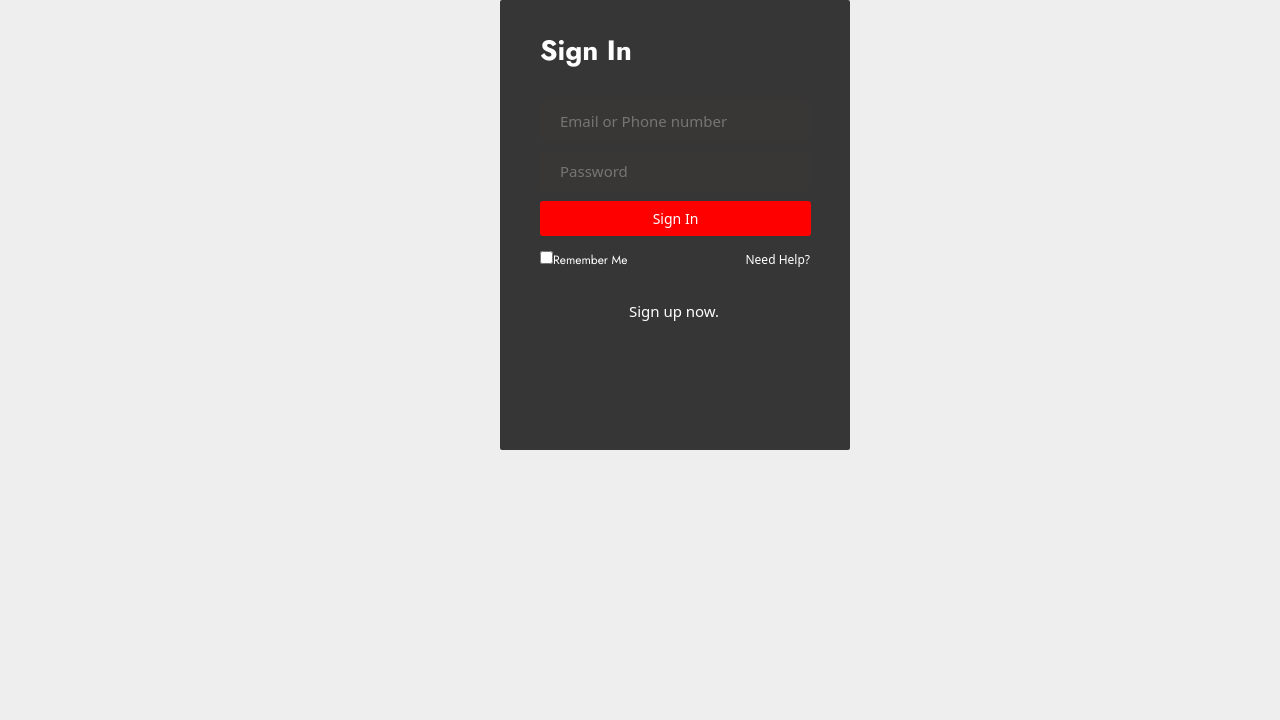
Repository: isaacCodes1/Kumo-Website.
Page: Form2.html
These files come from the project's save history. The page is drawn as it stood at one moment and after a run of saves; the edit follows.
The browser window is 1280 px wide. The pictures show the whole page.

Above is the page before, as saved 2024-03-26 11:47:07.

### Form2.html
<!DOCTYPE html>
<html lang="en">
  <head>
    <meta charset="UTF-8" />
    <meta name="viewport" content="width=device-width, initial-scale=1.0" />
    <link rel="stylesheet" href="Mediaquery.css" />
    <link rel="stylesheet" href="style.css" />
    <link
      href="https://fonts.googleapis.com/css2?family=Bricolage+Grotesque:opsz,wght@12..96,200..800&family=Jost:ital,wght@0,100..900;1,100..900&family=Montserrat:ital,wght@0,100..900;1,100..900&family=Poppins:ital,wght@0,100;0,200;0,300;0,400;0,500;0,600;0,700;0,800;0,900;1,100;1,200;1,300;1,400;1,500;1,600;1,700;1,800;1,900&display=swap"
      rel="stylesheet"
    />
    <title>Document</title>
  </head>
  <body>
    <div class="wrapper">
      <form></form>
      <h1>Sign In</h1>
      <div class="input-box">
        <input type="text" placeholder="Email or Phone number" required />
      </div>
      <div class="input-box">
        <input type="password" placeholder="Password" required />
      </div>
      <div class="btn"><button>Sign In</button></div>
      <div class="remember-forgot">
        <label><input class="chck" type="checkbox" />Remember Me</label>
        <a href="#">Need Help?</a>
      </div>
      <p class="pro1">Sign up now.</p>
    </div>
  </body>
</html>

### Mediaquery.css
@media (890px) {
  header {
    padding: 20px 3%;
    transition: 0.4s;
  }
  .center-text h2 {
    font-size: 12px;
  }
}
@media (max-width: 630px) {
  .main-text h1 {
    font-size: 50px;
    transition: 0.4s;
  }
  .main-text p {
    font-size: 18px;
    transition: 0.4s;
  }
  .main-btn {
    padding: 10px 20px;
    transition: 0.4s;
  }
  .center-text h2 {
    font-size: 12px;
  }
}
@media (max-width: 750px) {
  .navmenu {
    position: absolute;
    top: 100%;
    right: -100%;
    width: 300px;
    height: 130vh;
    background: #edfff1;
    display: flex;
    flex-direction: column;
    align-items: center;
    padding: 120px 30px;
    transition: all 0.42s;
  }
  .navmenu a {
    display: block;
    margin: 18px 0;
  }
  .navmenu.open {
    right: 0;
  }
  .center-text h2 {
    font-size: 12px;
  }
}
@media (max-width: 700px) {
  .center-text h2 {
    font-size: 0;
  }
  .header {
    margin-bottom: 20px;
    color: #000;
  }
  .cart {
    align-items: center;
    display: flex;
    flex-direction: column;
  }
  .cart img {
    width: 270px;
    margin-right: 80px;
  }
  .cart p {
    font-size: 10px;
    margin-right: 80px;
  }
  .cart h4 {
    font-size: 12px;
    margin-right: 80px;
  }
  .cart h6 {
    font-size: 10px;
    margin-right: 80px;
  }
  .contact-info {
    display: flex;
    flex-direction: column;
    align-items: center;
  }
  .center-text1 h2 {
    font-size: 25px;
  }
  .navmenu {
    padding-bottom: 30px;
  }
}

### style.css
* {
  margin: 0;
  padding: 0;
  box-sizing: border-box;
  scroll-behavior: smooth;
  font-family: "Jost", sans-serif;
  list-style-type: none;
  text-decoration: none;
}
header {
  position: fixed;
  width: 100%;
  top: 0;
  right: 0;
  z-index: 1000;
  display: flex;
  align-items: center;
  justify-content: space-between;
  padding: 20px 10%;
}
.logo img {
  max-width: 120px;
  height: auto;
}
.navmenu {
  display: flex;
}
.navmenu li :hover {
  background: #000;
}
.navmenu a {
  color: #2c2c2c;
  font-size: 16px;
  text-transform: capitalize;
  padding: 10px 20px;
  font-weight: 400;
  transition: all 0.42s ease;
}
.navmenu a:hover {
  color: #ee1c47;
}
.nav-icon {
  display: flex;
  align-items: center;
}
.nav-icon i {
  margin-right: 20px;
  color: #2c2c2c;
  font-size: 25px;
  font-weight: 400;
  transition: all 0.42s ease;
}
.nav-icon i:hover {
  transform: scale(1.05);
  color: #ee1c47;
}
#menu-icon {
  font-size: 35px;
  color: #2c2c2c;
  z-index: 10001;
  cursor: pointer;
}
section {
  padding: 5% 10%;
}
.main-home {
  width: 100%;
  height: 100vh;
  background-image: url(Assets/banner-3.png);
  background-position: center;
  background-size: cover;
  display: grid;
  grid-template-columns: repeat(1, 1fr);
  align-items: center;
}
.main-text h5 {
  color: #ee1c47;
  font-size: 16px;

  text-transform: capitalize;
  font-weight: 500;
}
.main-text h1 {
  color: #000;
  font-size: 65px;
  text-transform: capitalize;
  line-height: 1.1;
  font-weight: 600;
  margin: 6px 0 10px;
}
.main-text p {
  color: #333c56;
  font-size: 20px;
  font-style: italic;
  margin-bottom: 20px;
}
.main-btn {
  display: inline-block;
  color: #111;
  font-size: 16px;
  font-weight: 500;
  text-transform: capitalize;
  border: 2px solid#111;
  padding: 12px 25px;
  transition: all 0.42s ease;
}
.main-btn:hover {
  background: #000;
  color: #fff;
}
.main-btn i {
  vertical-align: middle;
}
.down-arrow {
  position: absolute;
  top: 85%;
  right: 11%;
}
.down i {
  font-size: 30px;
  color: #2c2c2c;
  border: 2px solid #2c2c2c;
  border-radius: 50px;
  padding: 12px 12px;
}
.down i:hover {
  background: #2c2c2c;
  color: #fff;
  transition: all 0.42s ease;
}
header.sticky {
  background: #fff;
  padding: 20px 10%;
  box-shadow: 0px 0px 10px rgb(0 0 0 /10%);
}
/* trending-section-css */
.center-text h2 {
  color: #111;
  font-size: 28px;
  text-transform: capitalize;
  text-align: center;
  margin-bottom: 30px;
}
.center-text span {
  color: #ee1c47;
}
.products {
  display: grid;
  grid-template-columns: repeat(auto-fit, minmax(260px, auto));
  gap: 2rem;
}
.row {
  position: relative;
  transition: all 0.4s;
}
.row img {
  width: 100%;
  height: auto;
  transition: all 0.4s;
}
.row img:hover {
  transform: scale(0.9);
}
.product-text h5 {
  position: absolute;
  top: 13px;
  left: 13px;
  color: #fff;
  font-size: 12px;
  font-weight: 500;
  text-transform: capitalize;
  background: #27b737;
  padding: 3px 10px;
  border-radius: 2px;
}
.heart-icon {
  position: absolute;
  right: 0;
  font-size: 20px;
}
.heart-icon:hover {
  color: #ee1c47;
}
.ratting {
  color: #ff8c00;
  font-size: 18px;
}

.price h4 {
  color: #111;
  font-size: 16px;
  text-transform: capitalize;
  font-weight: 400;
}
.price p {
  color: #151515;
  font-size: 14px;
  font-weight: 600;
}
.client-reviews {
  background: #f3f4f6;
}
.reviews {
  text-align: center;
}
.reviews h3 {
  color: #111;
  font-size: 25px;
  text-transform: capitalize;
  text-align: center;
  font-weight: 700;
}
.reviews img {
  width: 100px;
  height: auto;
  border-radius: 80px;
  margin: 10px 0;
}
.reviews p {
  color: #707070;
  font-size: 16px;
  font-weight: 400;
  line-height: 25px;
  margin-bottom: 10px;
}
.reviews h2 {
  font-size: 22px;
  color: #000;
  font-weight: 400;
  text-transform: capitalize;
  margin-bottom: 2px;
}
/* update-section-css */
.up-center-text h2 {
  text-align: center;
  color: #111;
  font-size: 25px;
  text-transform: capitalize;
  font-weight: 700;
  margin-bottom: 30px;
}
.cart img {
  width: 350px;
  height: auto;
  border-radius: 5px;
}
.update-cart {
  display: grid;
  grid-template-columns: repeat(auto-fit, minmax(380px, auto));
  gap: 1px;
}
.cart h5 {
  color: #636872;
  font-size: 14px;
  text-transform: capitalize;
  font-weight: 500;
}
.cart h4 {
  color: #111;
  font-size: 18px;
  font-weight: 600;
}
.cart p {
  color: #707070;
  font-size: 15px;
  max-width: 380px;
  line-height: 25px;
  margin-bottom: 12px;
}
.cart h6 {
  color: #151515;
  font-size: 14px;
  font-weight: 500;
}
/* contact-section */
.contact {
  background: #dbdbdb;
}
.contact-info {
  display: grid;
  grid-template-columns: repeat(auto-fit, minmax(160px, auto));
  gap: 3rem;
}
.first-info img {
  width: 140px;
  height: auto;
}
.contact-info h4 {
  color: #212529;
  font-size: 14px;
  text-transform: uppercase;
  margin-bottom: 10px;
}
.contact-info p {
  color: #565656;
  font-size: 14px;
  font-weight: 400;
  text-transform: capitalize;
  line-height: 1.5;
  margin-bottom: 10px;
  cursor: pointer;
  transition: all 0.42s;
}
.contact-info p:hover {
  color: #ee1c47;
}
.social-icon i {
  color: #565656;
  margin-right: 10px;
  font-size: 20px;
  transition: all 0.42s;
}
.social-icon i:hover {
  transform: scale(1.3);
}
.end-text {
  text-align: center;
  background: #edfff1;
  padding: 20px;
}
.end-text p {
  color: #111;
  text-transform: capitalize;
}

.location {
  width: 80%;
  margin: auto;
  padding: 80px 0;
}
.location iframe {
  width: 100%;
}
.center-text1 h2 {
  font-size: 30px;
}
.center-text1 span {
  color: #ee1c47;
}
.button3 {
  padding: 9px;
  border: 1px solid blue;
  font-size: 18px;
  border-radius: 5px;
  text-decoration: none;
  background: blue;
  color: #fff;
  transition: all 0.42s ease;
}
.button3:hover {
  color: #000;
  background: #fff;
}
.final {
  margin-left: 67px;
  font-weight: 700;
}
.final span {
  color: #ee1c47;
}
.up-arrow {
  border: 2px solid#000;
  width: 60px;
  border-radius: 50px;
  text-align: center;
  font-size: 30px;
}
.up-arrow i {
  color: #000;
}
.up-arrow :hover {
  background: #000;
  color: #fff;
}

.alert {
  background: blue;
  color: #fff;
  margin-top: 200px;
  font-size: 20px;
  margin-bottom: 150px;
}
.first-info a {
  text-decoration: none;
}
.up-center-text span {
  color: #ee1c47;
}
html,
body {
  position: relative;
  height: 100%;
}
body {
  background: #eee;
  font-family: Helvetica Neue, Helvetica, Arial, sans-serif;
  font-size: 14px;
  color: #000;
  margin: 0;
  padding: 0;
}

swiper-container {
  width: 100%;
  height: 100%;
}

swiper-slide {
  text-align: center;
  font-size: 18px;
  background: #000;
  display: flex;
  justify-content: center;
  align-items: center;
}

swiper-slide img {
  display: block;
  width: 100%;
  height: 100%;
  object-fit: cover;
}
.reviews {
  font-size: 25px;
  font-weight: 900;
}
.reviews span {
  color: #ee1c47;
}
.accordion {
  margin-top: 40px;
  margin-bottom: 10px;
}
.male {
  padding-top: 200px;
}
.male span {
  color: #ee1c47;
}
.yes {
  margin-right: 10px;
  padding: 10px;
  background: #000;
  color: #fff;
  border: 1px;
  transition: 1s ease-in-out;
  border-radius: 7px;
  text-decoration: none;
}
.yes:hover {
  color: #000;
  background: #dbdbdb;
}
.formContainer {
  display: flex;
  width: 50%;
  border: 0px solid;
  border-radius: 10px;
  background-color: rgba(232, 231, 231, 0.644);
  height: 400px;
  padding-right: 200px;
}
.form {
  display: flex;
  flex-direction: column;
  align-items: center;
  flex: 0.5;
}
.contentText {
  display: flex;
  flex-direction: column;
  align-items: center;
  flex: 1;
  gap: 20px;
  background-color: #ee1c47;
  color: #000;
  border-radius: 130px 15px 15px 70px;
  font-family: montserrat;
  padding-left: 80px;
  padding-right: 150px;
  padding-top: 90px;
}
.pro1 {
  margin-right: 32px;
  font-family: montserrat;
}
p {
  font-family: montserrat;
  margin-bottom: 15px;
  margin-left: 30px;

  display: flex;
  flex-direction: column;
}
.proi {
  padding: 5px;
  background-color: #dedede;
  color: black;
  border: 1px;
  font-family: montserrat;
  margin-bottom: 8px;
  width: 290px;
  margin-left: 20px;
  outline: none;
}
.proh {
  padding: 5px;
  background-color: #dedede;
  color: black;
  border: 1px;
  font-family: montserrat;
  width: 290px;
  margin-left: 20px;
  margin-bottom: 10px;
  outline: none;
}
.pro7 {
  font-family: montserrat;
}
.pro2 {
  background: #000;
  border-width: 1.5px;
  border-radius: 8px;
  border-color: #000;
  color: #fff;
  padding: 5px 25px 5px 25px;
  transition: 1s ease-in-out;
  text-decoration: none;
}
.pro2:hover {
  transition: 0.15s;
  background-color: #dbdbdb;
  color: #000;
  cursor: pointer;
}

.pro3 {
  font-family: montserrat;
  padding-top: 35px;
}
.forget {
  text-decoration: none;
  color: black;
  font-family: montserrat;
  margin-bottom: 5px;
}
.sign {
  background-color: #ee1c47;
  border-width: 1px;
  border-radius: 5px;
  border-color: white;
  color: white;
  padding: 5px 35px 5px 35px;
  margin-top: 15px;
  transition: 1s ease-in-out;
  cursor: pointer;
}
.sign:hover {
  color: #fff;
  background-color: #000;
}
.contentText .hello {
  font-size: 40px;
  display: flex;
  align-items: center;
  justify-content: center;
  flex-direction: column;
}
.contentText p {
  text-align: center;
}
.wrapper {
  width: 350px;
  background: #080808cb;
  color: #fff;
  border-radius: 2px;
  padding: 30px 40px;
  height: 450px;
  box-shadow: 0 0 1px;
  margin-left: 500px;
}

.wrapper .input-box {
  position: relative;
  width: 100%;
  height: 20px;
  margin: 30px 0;
}
.wrapper h1 {
  font-size: 28px;
}
.input-box input {
  width: 100%;
  height: 100%;
  background: #3c363685;
  border: none;
  outline: none;
  border: 1px;
  border-radius: 4px;
  font-size: 16px;
  padding: 20px 45px 20px 20px;
}
.wrapper .remember-forgot {
  display: flex;
  justify-content: space-between;
  font-size: 14.5px;
  margin: 15px 0 15px;
  font-family: system-ui, -apple-system, BlinkMacSystemFont, "Segoe UI", Roboto,
    Oxygen, Ubuntu, Cantarell, "Open Sans", "Helvetica Neue", sans-serif;
  font-size: 12px;
}
.wrapper .remember-forgot a {
  text-decoration: none;
  font-family: system-ui, -apple-system, BlinkMacSystemFont, "Segoe UI", Roboto,
    Oxygen, Ubuntu, Cantarell, "Open Sans", "Helvetica Neue", sans-serif;
  font-size: 12px;
  padding-bottom: 18px;
  color: #fff;
}
::placeholder {
  font-size: 15px;
  font-family: system-ui, -apple-system, BlinkMacSystemFont, "Segoe UI", Roboto,
    Oxygen, Ubuntu, Cantarell, "Open Sans", "Helvetica Neue", sans-serif;
}
button {
  padding: 8px;
  width: 271px;
  background-color: red;
  font-family: system-ui, -apple-system, BlinkMacSystemFont, "Segoe UI", Roboto,
    Oxygen, Ubuntu, Cantarell, "Open Sans", "Helvetica Neue", sans-serif;
  border: 1px;
  color: #fff;
  border-radius: 3px;
  font-size: 14px;
  cursor: pointer;
}
button:hover {
  color: black;
  background-color: #fff;
  transition: 1s ease-in-out;
}
.pro1 {
  font-family: system-ui, -apple-system, BlinkMacSystemFont, "Segoe UI", Roboto,
    Oxygen, Ubuntu, Cantarell, "Open Sans", "Helvetica Neue", sans-serif;
  font-size: 15px;
  text-align: center;
  padding-bottom: 22px;
}
.pro2 {
  font-family: system-ui, -apple-system, BlinkMacSystemFont, "Segoe UI", Roboto,
    Oxygen, Ubuntu, Cantarell, "Open Sans", "Helvetica Neue", sans-serif;
  padding-bottom: 40px;
}
.pro3 {
  margin-left: 150px;
  font-family: cursive;
  font-size: 10px;
  color: red;
}

After the next 5 saves:
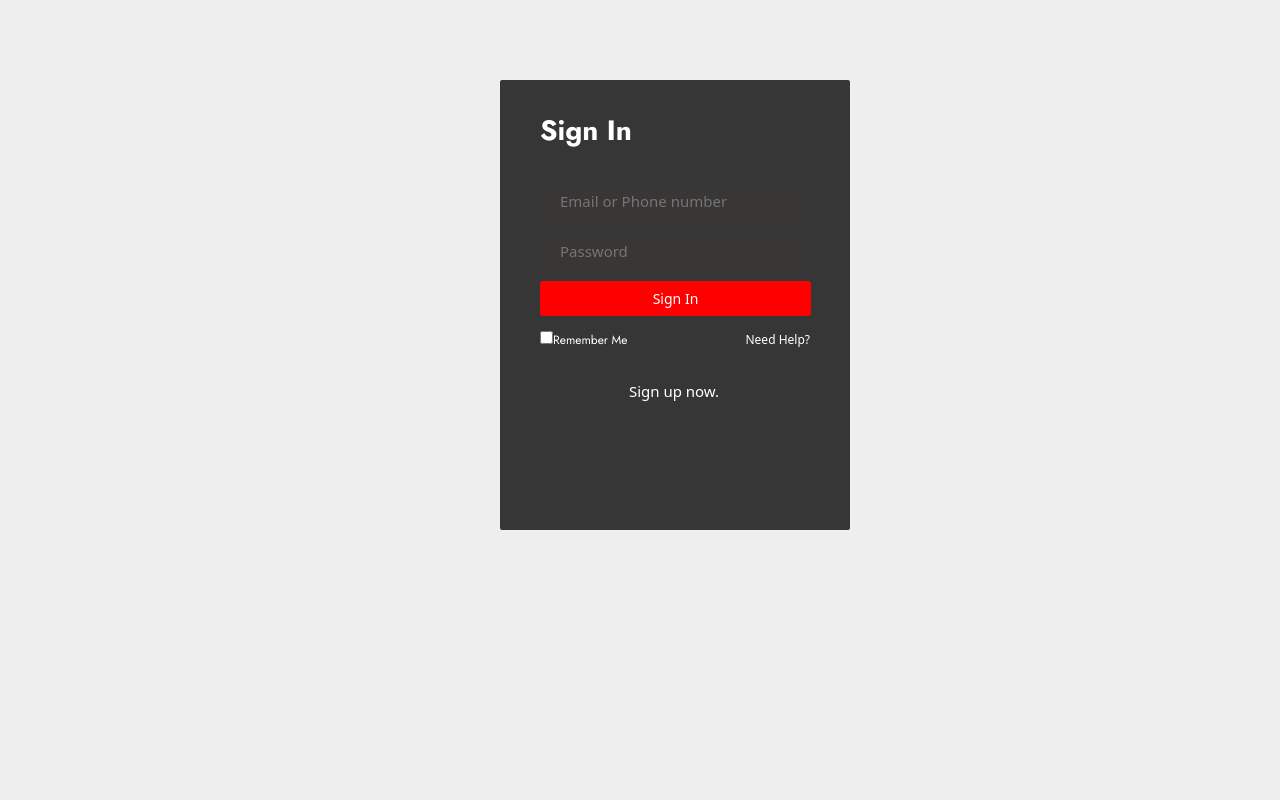
The 5 saves are shown as one change because they came seconds apart.
The last was saved 16 s later.
--- a/style.css
+++ b/style.css
@@ -578,6 +578,7 @@ p {
   height: 450px;
   box-shadow: 0 0 1px;
   margin-left: 500px;
+  margin-top: 80px;
 }
 
 .wrapper .input-box {
